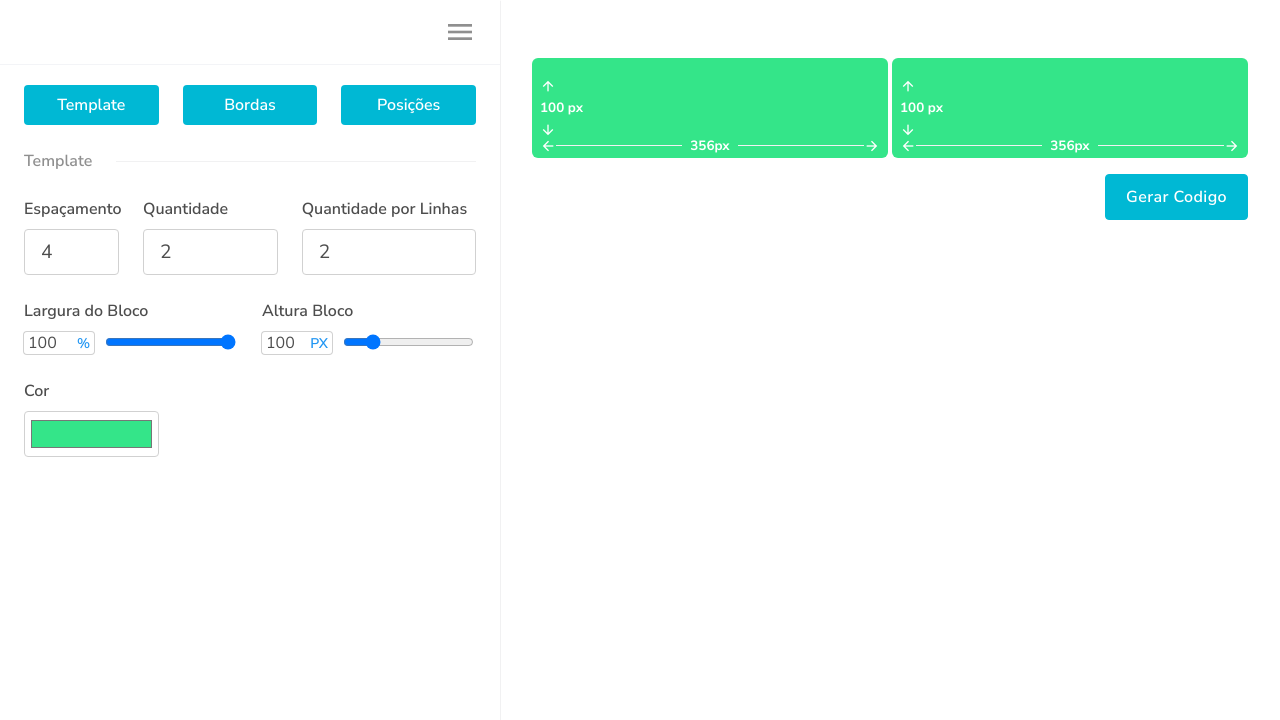
Repository: Flintdl/lowcode-elements
Page: /
These files come from the project's save history. The page is drawn as it stood at one moment and after the next save; the edit follows.
The browser window is 1280 px wide. The pictures show the whole page.
The project was rebuilt for these pictures with package versions that can differ from the ones it lists, and the page was loaded fresh each time. Also part of the build but not shown: vue.config.js.

Above is the page before, as saved 2022-04-06 12:22:23.

After the next save:
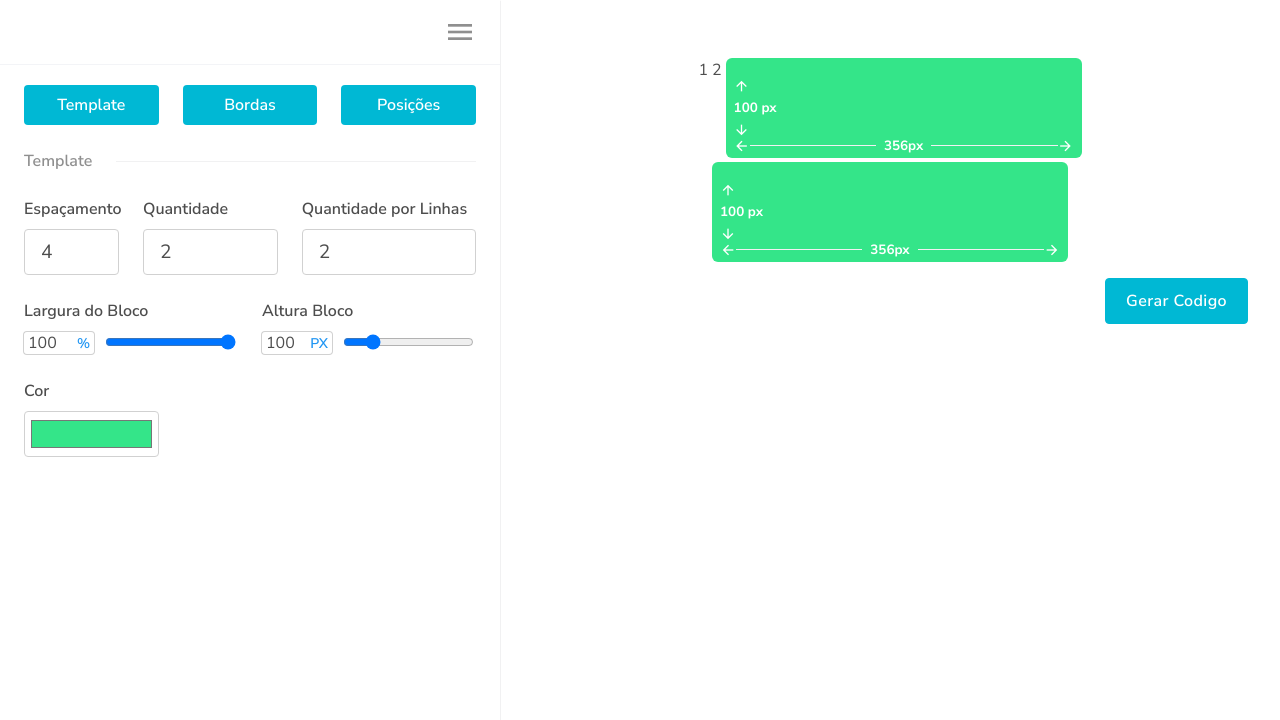
Saved 9 s later.
--- a/src/views/HomeView.vue
+++ b/src/views/HomeView.vue
@@ -26,13 +26,15 @@
               'sf-justify-content-' + checkValue,
             ]"
           >
+            <span v-bind:key="linha" v-for="linha of Number(quantidadeLinha)">{{
+              linha
+            }}</span>
             <DivGrid
               v-bind:key="n"
               v-for="n of quantidade"
               :tamanho="String(valor)"
               :altura="String(valorHeight)"
               :cssDefinido="cssProps"
-              :linhas="Number(quantidadeLinha)"
               class="sf-position-relative"
             />
           </div>
